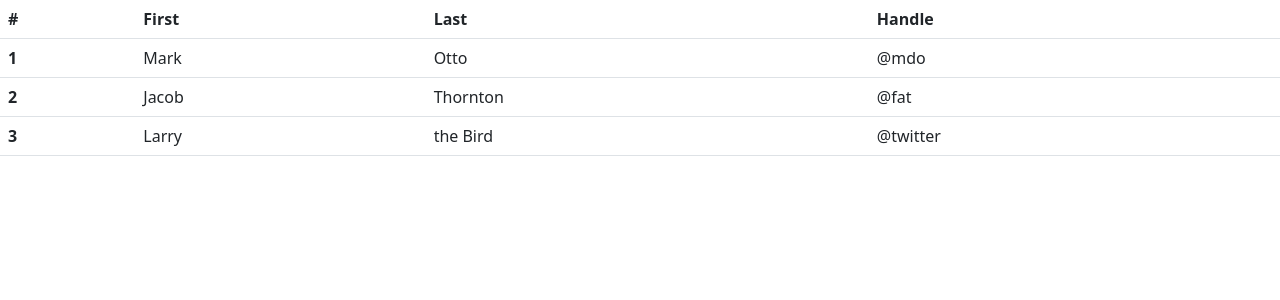
Repository: shbaksa/study
Page: http://localhost/mw_0615/boot/list.jsp
These files come from the project's save history. The page is drawn as it stood at one moment and after the next save; the edit follows.
The browser window is 1280 px wide. The pictures show the whole page.
The page is served by Tomcat 9.

Above is the page before, as saved 2022-06-15 00:17:09.

### mw_0615/src/main/webapp/boot/list.jsp
<%@ page language="java" contentType="text/html; charset=UTF-8"
    pageEncoding="UTF-8"%>
<html lang="en">
  <head>
    <meta charset="utf-8">
    <meta name="viewport" content="width=device-width, initial-scale=1">
    <title>Bootstrap demo</title>
    <link href="https://cdn.jsdelivr.net/npm/bootstrap@5.2.0-beta1/dist/css/bootstrap.min.css" rel="stylesheet" integrity="sha384-0evHe/X+R7YkIZDRvuzKMRqM+OrBnVFBL6DOitfPri4tjfHxaWutUpFmBp4vmVor" crossorigin="anonymous">
  </head>
  <body>
  <table class="table">
  <thead>
    <tr>
      <th scope="col">#</th>
      <th scope="col">First</th>
      <th scope="col">Last</th>
      <th scope="col">Handle</th>
    </tr>
  </thead>
  <tbody>
    <tr>
      <th scope="row">1</th>
      <td>Mark</td>
      <td>Otto</td>
      <td>@mdo</td>
    </tr>
    <tr>
      <th scope="row">2</th>
      <td>Jacob</td>
      <td>Thornton</td>
      <td>@fat</td>
    </tr>
    <tr>
      <th scope="row">3</th>
      <td>Larry</td>
      <td>the Bird</td>
      <td>@twitter</td>
    </tr>
  </tbody>
</table>
    <script src="https://cdn.jsdelivr.net/npm/bootstrap@5.2.0-beta1/dist/js/bootstrap.bundle.min.js" integrity="sha384-pprn3073KE6tl6bjs2QrFaJGz5/SUsLqktiwsUTF55Jfv3qYSDhgCecCxMW52nD2" crossorigin="anonymous"></script>
  </body>
</html>

After the next save:
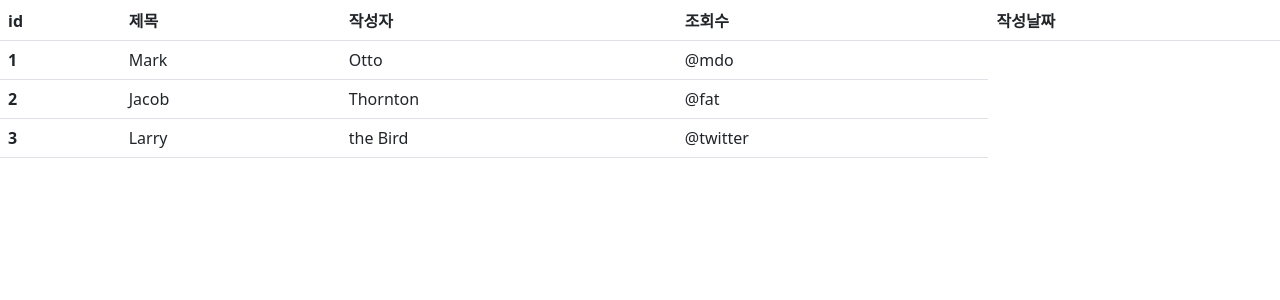
Saved 48 s later.
--- a/mw_0615/src/main/webapp/boot/list.jsp
+++ b/mw_0615/src/main/webapp/boot/list.jsp
@@ -11,10 +11,11 @@
   <table class="table">
   <thead>
     <tr>
-      <th scope="col">#</th>
-      <th scope="col">First</th>
-      <th scope="col">Last</th>
-      <th scope="col">Handle</th>
+      <th scope="col">id</th>
+      <th scope="col">제목</th>
+      <th scope="col">작성자</th>
+      <th scope="col">조회수</th>
+      <th scope="col">작성날짜</th>
     </tr>
   </thead>
   <tbody>
